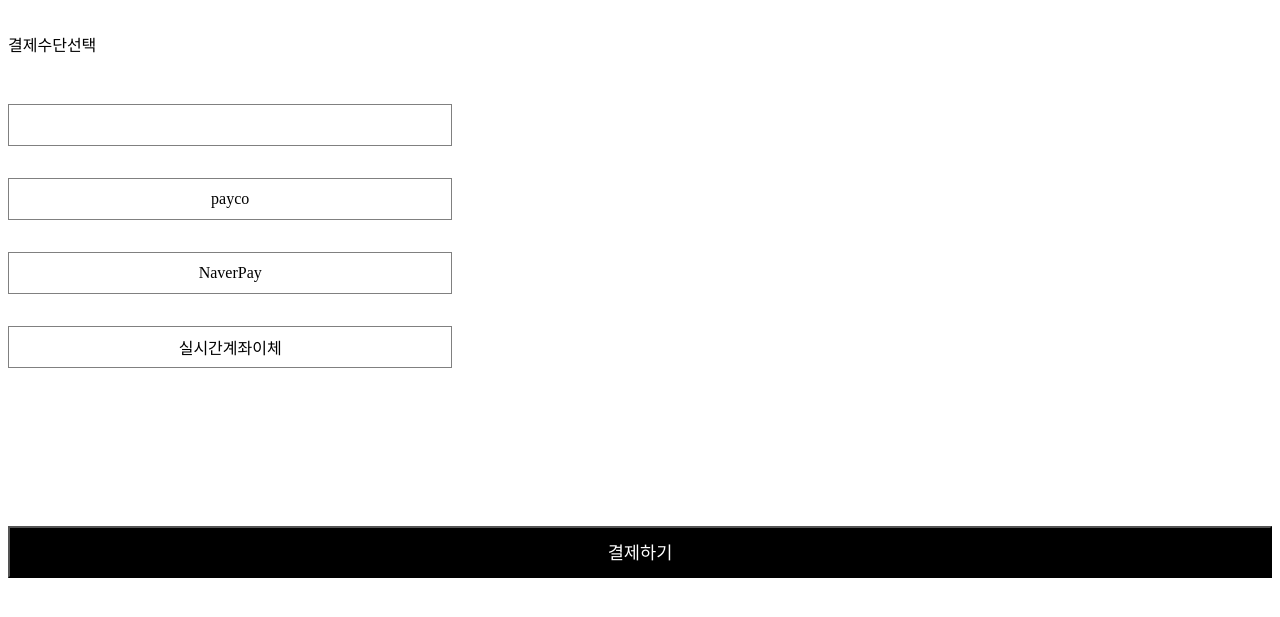
Repository: seungsu12/carrot
Page: http://localhost/carrot/orderform_third.jsp
These files come from the project's save history. The page is drawn as it stood at one moment and after the next save; the edit follows.
The browser window is 1280 px wide. The pictures show the whole page.
The pointer rests on the first visible `.pay_list div`.
The page is served by Tomcat 9. Other server files are loaded and not shown.

Above is the page before, as saved 2021-10-03 11:05:24.

### carrot/WebContent/orderform_third.jsp
<%@ page language="java" contentType="text/html; charset=UTF-8"
    pageEncoding="UTF-8"%>
<!DOCTYPE html>
<html>
<style>

	.order_form_third_title{
		margin-top : 2rem;
		margin-bottom : 2rem;
	}

	.pay_list{
		margin-top : 3rem;
		display : flex;
		flex-direction : column;
		width : 50%;
	}
	.pay_list div{
		margin-bottom : 2rem;
		border : 1px solid grey;
		width: 70%;
		height: 2.5rem;
		display: flex;
    	justify-content: center;
    	align-items: center;
	}
	.pay_list div:hover{
		backgorund :grey;
		color :white;
	}

	.order_form_third_button{
		margin-top :2.3rem;
		font-size : 1.1rem;
		position : relative;
		top : 5.6rem;
		width : 100%;
		height : 3.2rem;
		background : black;
		color : white;
		text-align : center;
	}
</style>
<div class="order_form_third_wrapper">

	<div class="order_form_third_title">
		결제수단선택
	</div>
	<div class="pay_list">
		<div>
			카카오페이
		</div>
		<div>
			payco
		</div>
		<div>
			NaverPay
		</div>
		<div>
			실시간계좌이체
		</div>
	</div>


	<div class="long">
		<button class="order_form_third_button">결제하기</button>

	</div>
</div>
</html>

After the next save:
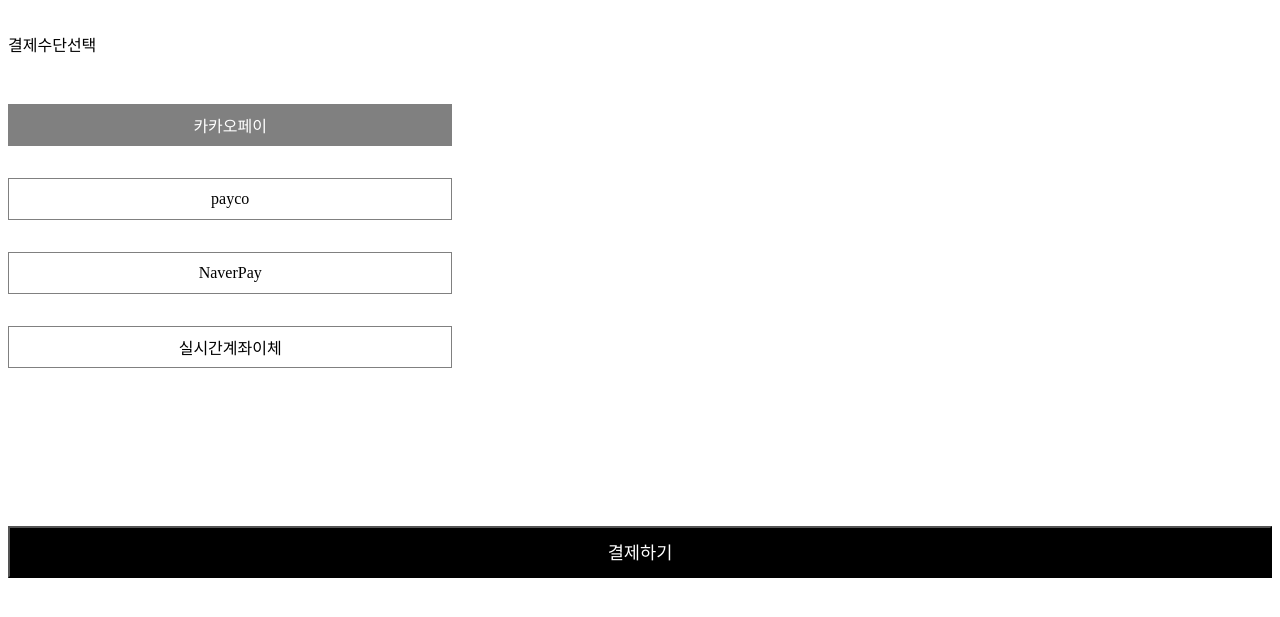
Saved 11 s later.
--- a/carrot/WebContent/orderform_third.jsp
+++ b/carrot/WebContent/orderform_third.jsp
@@ -25,7 +25,7 @@
     	align-items: center;
 	}
 	.pay_list div:hover{
-		backgorund :grey;
+		background :grey;
 		color :white;
 	}
 
